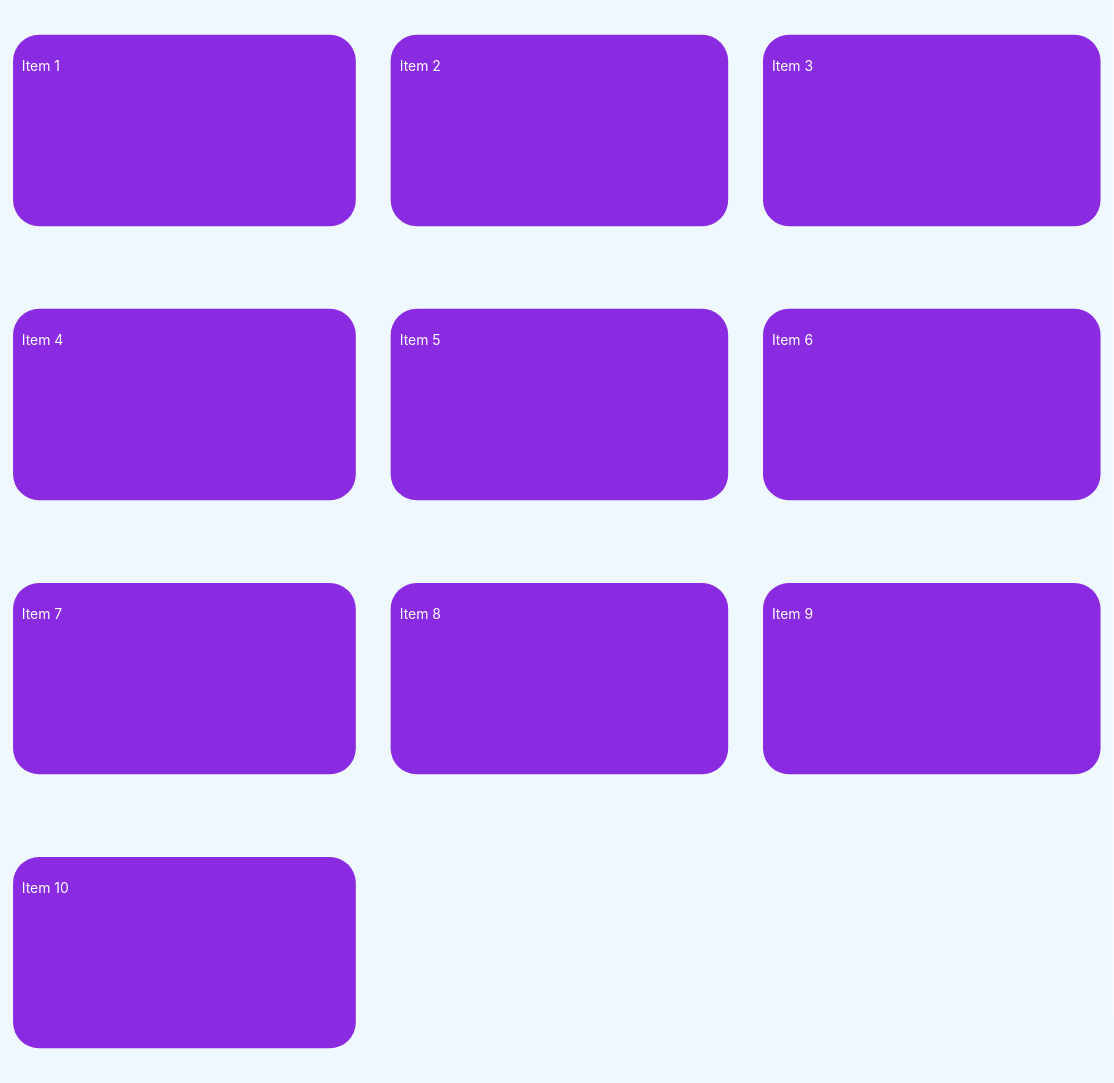
Repository: thai-shriya/anxiety-tracker
Page: /
These files come from the project's save history. The page is drawn as it stood at one moment and after the next save; the edit follows.
The browser window is 1280 px wide. The pictures show the whole page, at 87% of full size.
The project was rebuilt for these pictures with package versions that can differ from the ones it lists, and the page was loaded fresh each time.

Above is the page before, as saved 2024-04-22 15:46:58.

### src/App.js
import './App.css';

function App() {
  return (
    <div className='grid-container'>
      <div className='grid-item'><p>Item 1</p></div>
      <div className='grid-item'><p>Item 2</p></div>
      <div className='grid-item'><p>Item 3</p></div>
      <div className='grid-item'><p>Item 4</p></div>
      <div className='grid-item'><p>Item 5</p></div>
      <div className='grid-item'><p>Item 6</p></div>
      <div className='grid-item'><p>Item 7</p></div>
      <div className='grid-item'><p>Item 8</p></div>
      <div className='grid-item'><p>Item 9</p></div>
      <div className='grid-item'><p>Item 10</p></div>
    </div>

  );
}

export default App;

### src/App.css
.grid-container{
  display: grid;
  grid-template-columns: auto auto auto;
  grid-template-rows: auto;
  column-gap: 10px;
  row-gap: 15px;
  background-color:aliceblue
}

.grid-item{
  padding: 10px;
  border: 1px red;
  background-color:blueviolet;
  margin: 40px 15px 40px 15px;
  height: 200px;
  border-radius: 30px;
  perspective: 800px;
  justify-content: center;
}

.grid-item p{
  color: white;
}

Loaded but not shown: public/index.html (common file); src/index.js (common file); src/index.css (common file); src/reportWebVitals.js (common file)

After the next save:
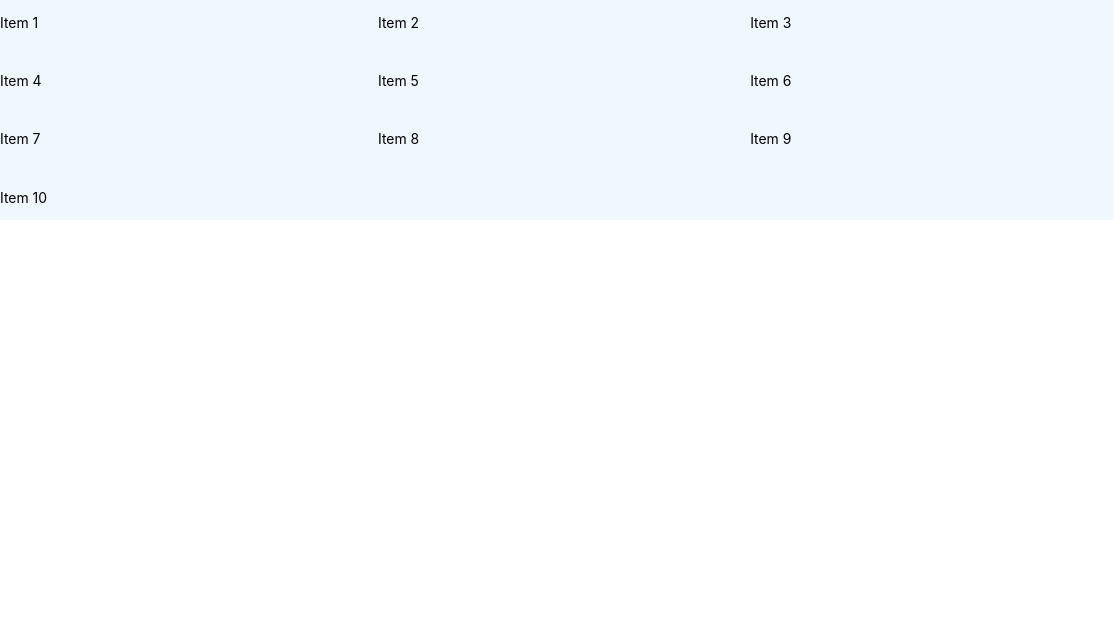
Saved 9 h 46 min later.
--- a/src/App.css
+++ b/src/App.css
@@ -7,7 +7,7 @@
   background-color:aliceblue
 }
 
-.grid-item{
+.flex-card{
   padding: 10px;
   border: 1px red;
   background-color:blueviolet;
@@ -18,6 +18,6 @@
   justify-content: center;
 }
 
-.grid-item p{
+.flex-card p{
   color: white;
 }

After the save that followed:
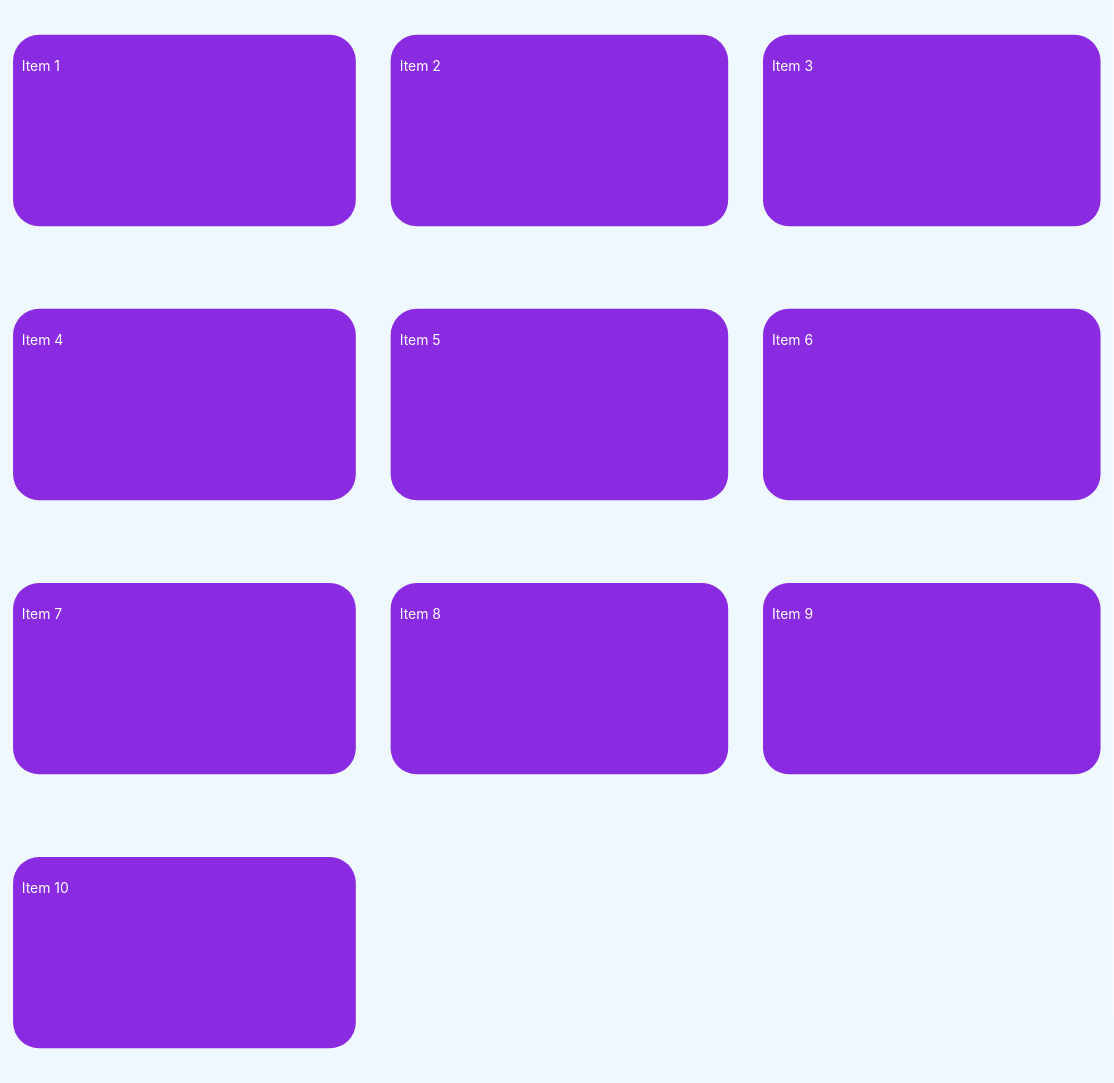
Saved 2 s later.
--- a/src/App.js
+++ b/src/App.js
@@ -1,18 +1,25 @@
+import { useState } from 'react';
 import './App.css';
 
 function App() {
+  const [isFlipped, setIsFlipped] = useState(false);
+
+  const handleClick = () => {
+    setIsFlipped(!isFlipped);
+  };
+
   return (
     <div className='grid-container'>
-      <div className='grid-item'><p>Item 1</p></div>
-      <div className='grid-item'><p>Item 2</p></div>
-      <div className='grid-item'><p>Item 3</p></div>
-      <div className='grid-item'><p>Item 4</p></div>
-      <div className='grid-item'><p>Item 5</p></div>
-      <div className='grid-item'><p>Item 6</p></div>
-      <div className='grid-item'><p>Item 7</p></div>
-      <div className='grid-item'><p>Item 8</p></div>
-      <div className='grid-item'><p>Item 9</p></div>
-      <div className='grid-item'><p>Item 10</p></div>
+      <div className='flex-card'><p>Item 1</p></div>
+      <div className='flex-card'><p>Item 2</p></div>
+      <div className='flex-card'><p>Item 3</p></div>
+      <div className='flex-card'><p>Item 4</p></div>
+      <div className='flex-card'><p>Item 5</p></div>
+      <div className='flex-card'><p>Item 6</p></div>
+      <div className='flex-card'><p>Item 7</p></div>
+      <div className='flex-card'><p>Item 8</p></div>
+      <div className='flex-card'><p>Item 9</p></div>
+      <div className='flex-card'><p>Item 10</p></div>
     </div>
 
   );
